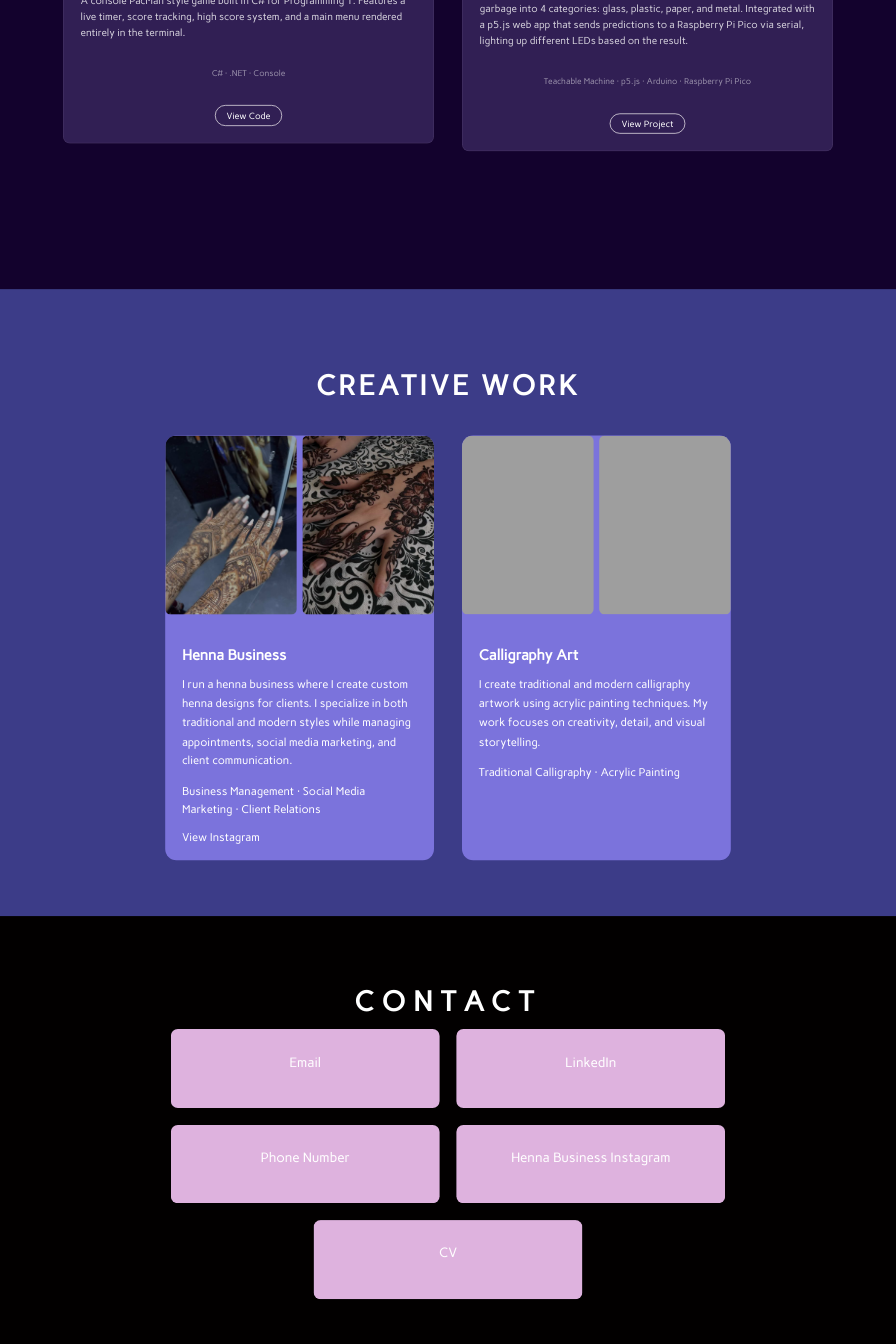
Repository: Rameen-A/Rameen-A
Page: index.html
An editor plug-in stored every save of this project. The page is shown before and after the next save, followed by the edit.
The browser window is 1280 px wide. The pictures show the part of the page from y = 1910 to 3830 px (the page is 3830 px tall), at 70% of full size.
Pictures or frames that could not be fetched are drawn as grey boxes.

Above is the page before, as saved 2026-05-09 23:18:27.

### index.html
<!DOCTYPE html>
<html lang="en">
  <head>
    <meta charset="UTF-8" />
    <meta name="viewport" content="width=device-width, initial-scale=1.0" />
    <title>Rameen's Portfolio</title>
    <link rel="stylesheet" href="./styles/globals.css" />
    <link rel="stylesheet" href="./styles/index.css" />
  </head>
  <body>
    <nav class="sidebar">
      <ul class="menu">
        <li><a href="#about">About me</a></li>
        <li><a href="#projects">Projects</a></li>
        <li><a href="#creativework">Creative Work</a></li>
        <li><a href="#contact">Contact</a></li>
      </ul>
    </nav>
    <!-- Hero Section -->
    <main>
      <section class="hero">
        <article>
          <h1>Rameen Amir</h1>
          <h3>Computer Science student | Business Artist</h3>
          <a href="#projects">View Projects</a>
        </article>
      </section>
      <!-- About Me Section -->
      <section class="about" id="about">
        <img
          src="assets/images/rameenPFP.jpg"
          alt="Profile Picture Of Rameen"
        />
        <!-- !my image doesnt have srcset - will add in the end -->
        <!-- !need an svg for menu bar and other spots - will end in the end-->

        <div class="about-content">
          <h2 class="aboutMe">About Me</h2>
          <p>
            I am a Computer Science student with a passion for business and
            creating. I have experience in c# and UI, project and management.
            Along with CS, i have interest in art and run a henna business. I
            love creating art and calligraphy. I am always looking for new
            opportunities to learn and grow in both fields.
          </p>
          <p class="tools-labels">Tools & Technologies:</p>
          <ul class="tools-list">
            <li>Python</li>
            <li>JavaScript</li>
            <li>C#</li>
            <li>HTML</li>
            <li>CSS</li>
          </ul>
        </div>
      </section>
      <!-- Projects Section -->
      <section class="projects" id="projects">
        <h2>Projects</h2>
        <div class="cards">
          <article class="card">
            <h3>Pac-man game</h3>
            <p>
              A console PacMan style game built in C# for Programming 1.
              Features a live timer, score tracking, high score system, and a
              main menu rendered entirely in the terminal.
            </p>
            <p class="tech">C# · .NET · Console</p>
            <a href="./pages/project-PacMan-1.html" target="_blank"
              >View Code</a
            >
          </article>
          <article class="card">
            <h3>Trash Sorting AI</h3>
            <p>
              A machine learning model trained on Teachable Machine to classify
              garbage into 4 categories: glass, plastic, paper, and metal.
              Integrated with a p5.js web app that sends predictions to a
              Raspberry Pi Pico via serial, lighting up different LEDs based on
              the result.
            </p>
            <p class="tech">
              Teachable Machine · p5.js · Arduino · Raspberry Pi Pico
            </p>
            <a href="./pages/project-TrashSorting-2.html" target="_blank"
              >View Project</a
            >
          </article>
        </div>
      </section>
      <!-- Creative Work Section -->
      <section class="creative-work" id="creativework">
        <h2>Creative Work</h2>

        <div class="creative-cards">
          <!-- HENNA -->
          <article class="creative-card">
            <div class="creative-images">
              <img
                src="./assets/images/henna1.jpg"
                alt="Bridal henna design created by Rameen Amir"
              />

              <img
                src="./assets/images/henna2nd.jpg"
                alt="Detailed hand henna artwork by Rameen Amir"
              />
            </div>

            <div class="creative-content">
              <h3>Henna Business</h3>

              <p>
                I run a henna business where I create custom henna designs for
                clients. I specialize in both traditional and modern styles
                while managing appointments, social media marketing, and client
                communication.
              </p>

              <p class="creative-tech">
                Business Management · Social Media Marketing · Client Relations
              </p>

              <a
                href="https://www.instagram.com/henna_byrameen?igsh=OGZzczk1ZWl6bW9p"
                target="_blank"
                rel="noopener noreferrer"
              >
                View Instagram
              </a>
            </div>
          </article>

          <!-- CALLIGRAPHY -->
          <article class="creative-card">
            <div class="creative-images">
              <img
                src="./assets/images/calligraphy1-small.jpg"
                srcset="
                  ./assets/images/calligraphy1-small.jpg 480w,
                  ./assets/images/calligraphy1-large.jpg 900w
                "
                sizes="(max-width: 768px) 45vw, 20vw"
                alt="Arabic calligraphy artwork by Rameen Amir"
              />

              <img
                src="./assets/images/calligraphy2-small.jpg"
                srcset="
                  ./assets/images/calligraphy2-small.jpg 480w,
                  ./assets/images/calligraphy2-large.jpg 900w
                "
                sizes="(max-width: 768px) 45vw, 20vw"
                alt="Modern acrylic calligraphy painting by Rameen Amir"
              />
            </div>

            <div class="creative-content">
              <h3>Calligraphy Art</h3>

              <p>
                I create traditional and modern calligraphy artwork using
                acrylic painting techniques. My work
                focuses on creativity, detail, and visual storytelling.
              </p>

              <p class="creative-tech">
                Traditional Calligraphy · Acrylic Painting
              </p>
            </div>
          </article>
        </div>
      </section>

      <!-- CONTACT Section -->
      <section id="contact" class="contact">
        <h2 id="contact">Contact</h2>
        <div class="contact-cards">
          <div class="contact-card">
            <p class="contact-label">Email</p>
            <a href="mailto:rameenamir.ca@gmail.com" target="_blank"
              >rameenamir.ca@gmail.com</a
            >
          </div>

          <div class="contact-card">
            <p class="contact-label">LinkedIn</p>
            <a
              href="https://www.linkedin.com/in/rameen-amir-5a9912349/"
              target="_blank"
              >Rameen Amir</a
            >
          </div>
          <div class="contact-card">
            <p class="contact-label">Phone Number</p>
            <a href="tel:5145617912">514-561-7912</a>
          </div>
          <div class="contact-card">
            <p class="contact-label">Henna Business Instagram</p>
            <a
              href="https://www.instagram.com/henna_byrameen?igsh=OGZzczk1ZWl6bW9p"
              target="_blank"
              >Henna_byrameen</a
            >
          </div>
          <div class="contact-card">
            <p class="contact-label">CV</p>
            <a href="assets/images/rameen cv 26.png" target="_blank">View CV</a>
          </div>
        </div>
      </section>
    </main>
  </body>
</html>

### styles/globals.css
/* FONT DEFS */
@font-face {
  font-family: "main font";
  src: url(../assets/fonts/Carme/Carme-Regular.ttf);
}

/* CROSS PAGE STYLES */
body {
  color: white;
  font-family: "main font", Verdana, sans-serif;
  margin: 0;
}

h1 {
  font-weight: bold;
  text-transform: uppercase;
  font-size: 2rem;
}

a {
  text-decoration: none;
  color: white;
  font-size: 0.75rem; /*! too small*/
}
ul {
  list-style: none;
  padding: 0;
  margin: 0;
}
a:hover {
  text-decoration: underline;
}
@media (min-width: 768px) {
  h1 {
    font-size: 3.5rem;
  }

  a {
    font-size: 1rem;
  }
}

### styles/index.css
body {
  margin: 0;
  top: 0;
  background-color: black;
}

.hero {
  display: flex;
  align-items: center;
  justify-content: center;
  text-align: center;
  height: 100vh;

  background-image: url(../assets/images/getsitecontrol__compress-gif__free.gif);
  background-size: cover;
  background-position: center;
  background-repeat: no-repeat;
}
.hero a,
.card a {
  border: 2px solid rgb(238, 236, 236);
  padding: 0.5rem;
  border-radius: 20px;
}
article {
  opacity: 1;
}
/*menu bar */
.menu {
  background: rgba(0, 0, 0, 0.9);
  display: flex;
  flex-direction: row;
  justify-content: flex-end;
}

/* ABOUT ME  */
.about {
  display: flex;
  align-items: center;
  justify-content: center;
  min-height: 100vh;
  text-align: center;

  gap: 2.5rem;
  flex-direction: column;

  background-color: rgb(29, 2, 46);
}
.about h2 {
  font-size: 1.75rem;
  margin-bottom: 1rem;
  letter-spacing: 0.3em;
  text-transform: uppercase;
}
.about-content {
  display: flex;
  flex-direction: column;
  align-items: center;
  gap: 1rem;
  margin: 0 1rem;
  width: 100%;
  max-width: 90%;
  text-align: left;
  line-height: 1.8;
  font-size: 1rem;
}
.about img {
  width: 13rem;
  height: 10rem;

  object-fit: cover;
  border-radius: 50%;

  border: 4px solid rgba(255, 255, 255, 0.2);
}
.about-list li {
  font-size: 0.95rem;
  line-height: 1.5;
}

.tools-labels {
  font-size: 0.8rem;
  text-transform: uppercase;
  letter-spacing: 0.08em;
  text-align: left;
  margin-bottom: 0.5rem;
}
.tools-list {
  display: flex;
  flex-wrap: wrap; /* allows items to wrap / internet*/
  gap: 1rem;
  text-align: left;
  justify-content: center;
}
.tools-list li {
  background-color: rgba(255, 252, 252, 0.08);
  border: 1px solid rgba(82, 4, 35, 0.2);
  border-radius: 20px;
  padding: 0.3rem 0.85rem;
  font-size: 0.8rem;
}
/*PROJECTS*/
.projects {
  display: flex;
  justify-content: center;
  min-height: 100vh;
  background-color: rgb(19, 2, 45);
  align-items: center;
  padding-top: 4rem;
  padding-bottom: 3rem;
  flex-direction: column;
}
.projects h2 {
  font-size: 1.75rem;
  margin-bottom: 1rem;
  letter-spacing: 0.3em;
  text-transform: uppercase;
}

.cards {
  display: flex;
  flex-direction: column;
  gap: 1.5rem;
  align-items: center;
  margin: 0 1rem;
  width: 100%;
  max-width: 90%;
  text-align: left;
}
.card {
  background-color: #311f54;
  border: 1px solid rgba(230, 216, 225, 0.1);
  border-radius: 10px;
  padding: 1.5rem;
  text-align: left;
  display: flex;
  flex-direction: column;
  align-items: center;
  gap: 1rem;
  margin: 0.5rem;
}

.card:hover {
  border-color: rgba(244, 243, 243, 0.4);
}

.card h3 {
  font-size: 1.1rem;
  margin-bottom: 0.5rem;
}

.card p {
  font-size: 0.9rem;
  line-height: 1.6;
  opacity: 0.8;
  margin: 0 0 0.5rem 0;
}

.card .tech {
  font-size: 0.75rem;
  opacity: 0.5;
  margin: 0.75rem 0;
}

.card a {
  display: inline-block;
  border: 1px solid rgb(244, 239, 242);
  padding: 0.4rem 1rem;
  border-radius: 20px;
  font-size: 0.8rem;
  margin-top: 0.5rem;
}

.card a:hover {
  background-color: rgb(247, 235, 235);
  color: #0a1628;
  text-decoration: none;
}

/*CREATIVE WORK*/
.creative-work {
  background-color: rgb(60, 60, 136);
  padding: 5rem 1rem;
  text-align: center;
}

.creative-work h2 {
  font-size: 1.75rem;
  margin-bottom: 3rem;
  letter-spacing: 0.3rem;
  text-transform: uppercase;
}

.creative-cards {
  display: flex;
  flex-direction: column;
  gap: 2.5rem;
  align-items: center;
}

.creative-card {
  background-color: #7b73dc;
  border-radius: 1rem;
  overflow: hidden;
  width: 100%;
  max-width: 22rem;

  transition: transform 0.3s ease;
}
.creative-images {
  display: grid;
  grid-template-columns: 1fr 1fr;
  gap: 0.5rem;
}

.creative-images img {
  width: 100%;
  height: 12rem;
  object-fit: cover;
  border-radius: 0.5rem;
}

.creative-card img {
  width: 100%;
  height: 16rem;
  object-fit: cover;
  display: block;
}

.creative-content {
  padding: 1.5rem;
  text-align: left;
}

.creative-content h3 {
  margin-bottom: 1rem;
  font-size: 1.3rem;
}

.creative-content p {
  line-height: 1.7;
}

/*CONTACT PAGE*/
.contact {
  display: flex;
  flex-direction: column;
  align-items: center;

  padding-bottom: 6rem;
  padding: 4rem 1rem;

  background-color: rgb(2, 0, 0);
}
.contact p {
  font-size: 1.2rem;
}
.contact h2 {
  font-size: 1.75rem;
  margin-bottom: 1rem;
  letter-spacing: 0.3em;
  text-transform: uppercase;
}
.contact-cards {
  display: flex;
  flex-direction: column;
  gap: 1.5rem;

  width: 100%;
  max-width: 90%;

  margin: 0; /*margin auto*/
  align-items: center;
}
.contact-card {
  background-color: #deb2de;
  padding: 1rem;
  border-radius: 10px;
  text-align: center;
  position: relative;
  overflow: hidden;
  width: 100%;
  max-width: 22rem;
}

.hover-text {
  position: absolute;
  inset: 0; /* fills the card */

  display: flex;
  align-items: center;
  justify-content: center;

  opacity: 0;
  transition: opacity 0.3s ease;
}
.contact-card:hover {
  transform: translateY(-8px);
  transition: transform 0.3s ease;
}
.contact-card a {
  opacity: 0;
  transition: opacity 0.3s ease;
  display: block;
  margin-top: 0.5rem;
  background-color: #e28ed1;
  font-size: 1rem;
}
.contact-card:hover a {
  opacity: 1;
  background-color: #e28ed1;
  border: 1px solid rgb(237, 215, 234);
  font-size: 1rem;
}

.contact-card:hover .hover-text {
  opacity: 1;
}
.contact-card .label {
  font-size: 1rem;
  text-transform: uppercase;
}

/* nav mods */
nav {
  position: sticky;
  top: 0;
}

nav ul {
  display: flex;
  justify-content: flex-end;
  margin: 0rem;
}

nav ul li {
  list-style: none;
  margin: 1rem;
}

/* Mobile-first navigation */
nav ul {
  justify-content: center;
}

/* Tablet and desktop layouts */
@media (min-width: 768px) {
  nav ul {
    justify-content: flex-end;
  }

  .about {
    gap: 3rem;
    text-align: left;
    flex-direction: row;
    text-align: left;
  }
  .card {
    max-width: 30rem;
  }

  .cards {
    flex-direction: row;
    flex-wrap: wrap;
    justify-content: center;
  }
  .creative-cards {
    flex-direction: row;
    justify-content: center;
    align-items: stretch;
    flex-wrap: wrap;
  }

  .creative-card {
    max-width: 24rem;
  }

  .creative-work h2 {
    font-size: 2.5rem;
  }

  .contact-cards {
    flex-direction: row;
    flex-wrap: wrap;
    justify-content: center;
  }

  .about h2,
  .projects h2,
  .contact h2 {
    font-size: 2.5rem;
  }
}

After the next save:
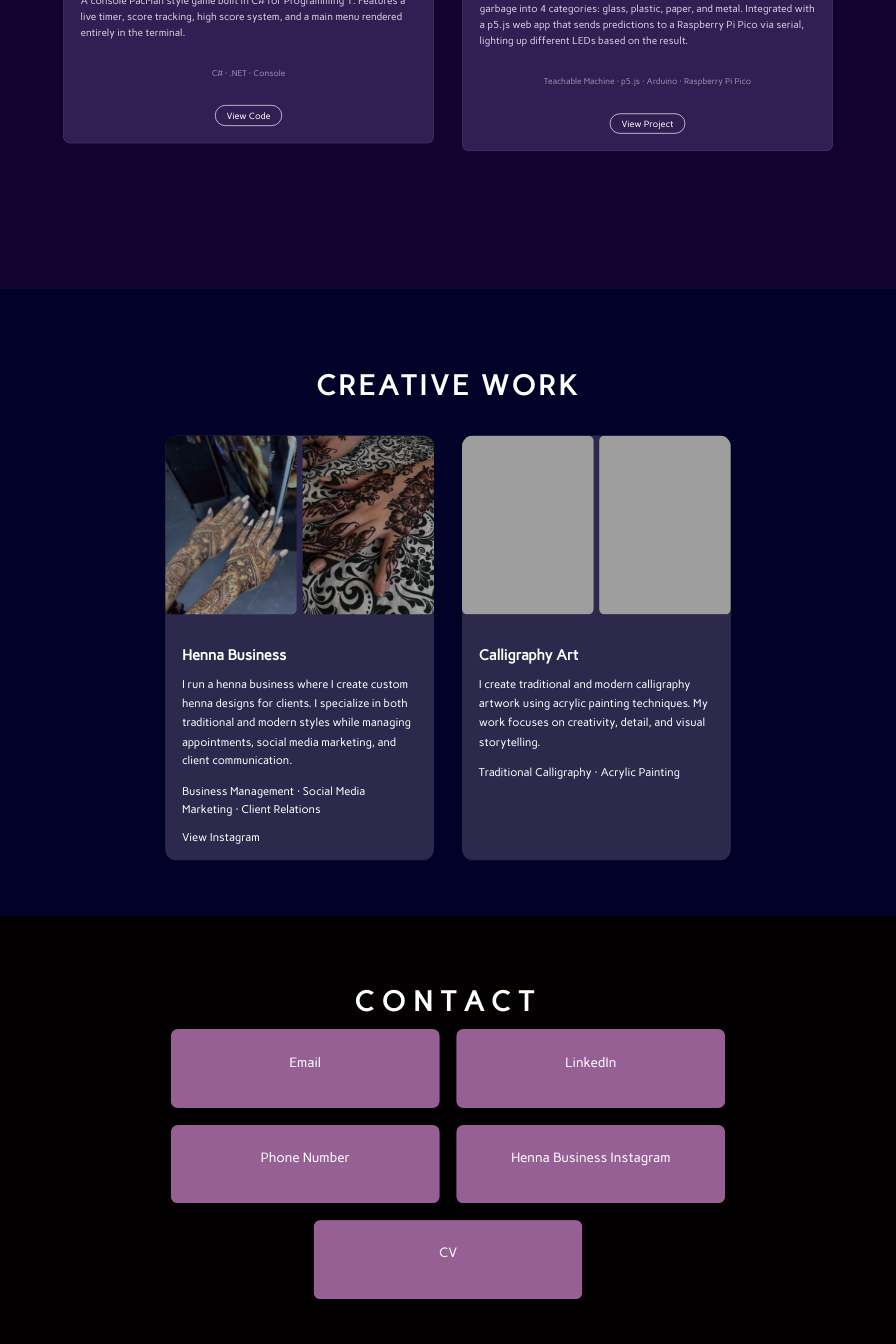
Saved 7 min 12 s later.
--- a/styles/index.css
+++ b/styles/index.css
@@ -179,7 +179,7 @@ article {
 
 /*CREATIVE WORK*/
 .creative-work {
-  background-color: rgb(60, 60, 136);
+  background-color: rgb(2, 2, 40);
   padding: 5rem 1rem;
   text-align: center;
 }
@@ -199,7 +199,7 @@ article {
 }
 
 .creative-card {
-  background-color: #7b73dc;
+  background-color: #2c294d;
   border-radius: 1rem;
   overflow: hidden;
   width: 100%;
@@ -273,7 +273,7 @@ article {
   align-items: center;
 }
 .contact-card {
-  background-color: #deb2de;
+  background-color: #976095;
   padding: 1rem;
   border-radius: 10px;
   text-align: center;
